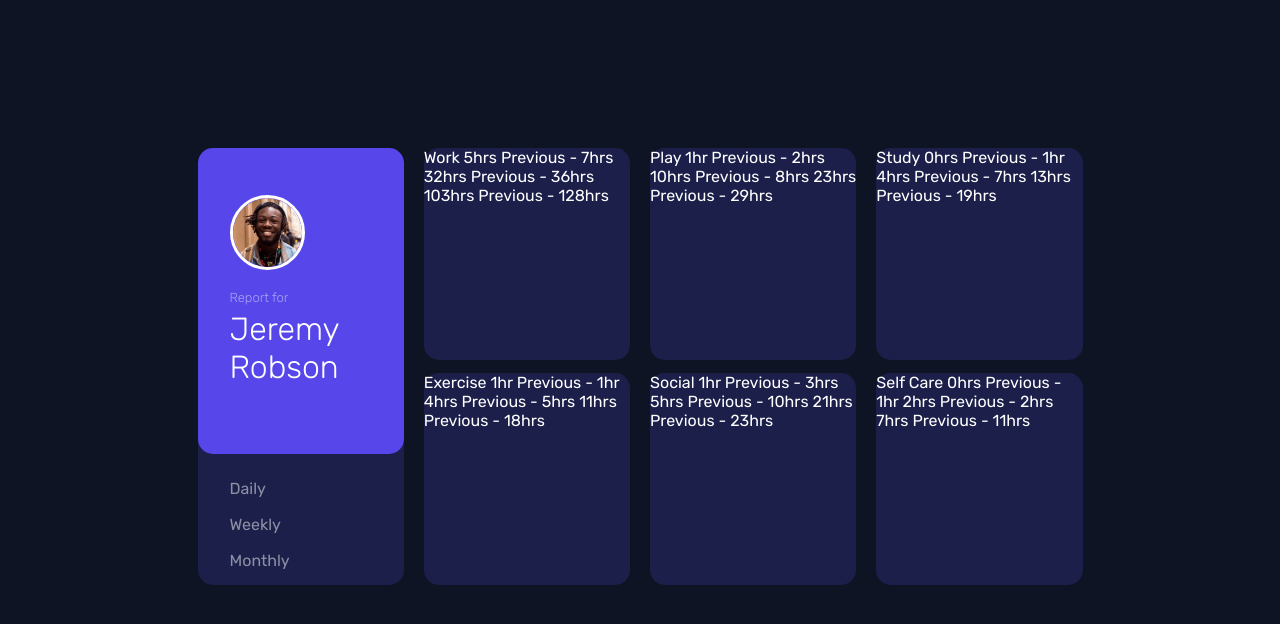
Repository: 3mr-5aled/time-tracking-dashboard-Junior
Page: index.html
The author's editor kept a copy of each file at every save. The page is drawn from the files as they stood at one save, then again after the next save.
The browser window is 1280 px wide. The pictures show the whole page.

Above is the page before, as saved 2022-12-27 20:22:32.

### index.html
<!DOCTYPE html>
<html lang="en">
  <head>
    <meta charset="UTF-8" />
    <meta name="viewport" content="width=device-width, initial-scale=1.0" />
    <!-- displays site properly based on user's device -->

    <link
      rel="icon"
      type="image/png"
      sizes="32x32"
      href="./images/favicon-32x32.png"
    />
    <link rel="stylesheet" href="style.css" />

    <title>Frontend Mentor | Time tracking dashboard</title>

    <!-- Feel free to remove these styles or customise in your own stylesheet 👍 -->
    <style>
      .attribution {
        display: none;
        font-size: 11px;
        text-align: center;
      }
      .attribution a {
        color: hsl(228, 45%, 44%);
      }
    </style>
  </head>
  <body>
    <div class="main">
      <div class="user">
        <div class="userData">
          <img src="images/image-jeremy.png" alt="userFace" />
          <div class="userInfo">
            <p>Report for</p>
            <span>Jeremy Robson</span>
          </div>
        </div>
        <div class="filter">
          <button>Daily</button>
          <button>Weekly</button>
          <button>Monthly</button>
        </div>
      </div>
      <div class="work">
        Work 5hrs
        <!-- daily -->
        Previous - 7hrs
        <!-- daily -->
        32hrs
        <!-- weekly -->
        Previous - 36hrs
        <!-- weekly -->
        103hrs
        <!-- monthly -->
        Previous - 128hrs
        <!-- monthly -->
      </div>
      <div class="play">
        Play 1hr
        <!-- daily -->
        Previous - 2hrs
        <!-- daily -->
        10hrs
        <!-- weekly -->
        Previous - 8hrs
        <!-- weekly -->
        23hrs
        <!-- monthly -->
        Previous - 29hrs
        <!-- monthly -->
      </div>
      <div class="study">
        Study 0hrs
        <!-- daily -->
        Previous - 1hr
        <!-- daily -->
        4hrs
        <!-- weekly -->
        Previous - 7hrs
        <!-- weekly -->
        13hrs
        <!-- monthly -->
        Previous - 19hrs
        <!-- monthly -->
      </div>

      <div class="exercise">
        Exercise 1hr
        <!-- daily -->
        Previous - 1hr
        <!-- daily -->
        4hrs
        <!-- weekly -->
        Previous - 5hrs
        <!-- weekly -->
        11hrs
        <!-- monthly -->
        Previous - 18hrs
        <!-- monthly -->
      </div>

      <div class="social">
        Social 1hr
        <!-- daily -->
        Previous - 3hrs
        <!-- daily -->
        5hrs
        <!-- weekly -->
        Previous - 10hrs
        <!-- weekly -->
        21hrs
        <!-- monthly -->
        Previous - 23hrs
        <!-- monthly -->
      </div>
      <div class="selfCare">
        Self Care 0hrs
        <!-- daily -->
        Previous - 1hr
        <!-- daily -->
        2hrs
        <!-- weekly -->
        Previous - 2hrs
        <!-- weekly -->
        7hrs
        <!-- monthly -->
        Previous - 11hrs
        <!-- monthly -->
      </div>
    </div>
    <div class="attribution">
      Challenge by
      <a href="https://www.frontendmentor.io?ref=challenge" target="_blank"
        >Frontend Mentor</a
      >. Coded by <a href="#">3mr 5aled</a>.
    </div>
  </body>
</html>

### style.css
@import url("https://fonts.googleapis.com/css2?family=Rubik:wght@200;300;400;500&display=swap");

* {
  box-sizing: border-box;
  padding: 0;
  margin: 0;
  font-family: "Rubik", sans-serif;
}

:root {
  /* Primary colors */
  --blue: hsl(246, 80%, 60%);
  --light-red: hsl(15, 100%, 70%); /*(work)*/
  --soft-blue: hsl(195, 74%, 62%); /*(play)*/
  --light-red: hsl(348, 100%, 68%); /*(study)*/
  --lime-green: hsl(145, 58%, 55%); /*(exercise)*/
  --violet: hsl(264, 64%, 52%); /*(social)*/
  --soft-orange: hsl(43, 84%, 65%); /*(self care)*/

  /* Neutral colors */
  --very-dark-blue: hsl(226, 43%, 10%);
  --dark-blue: hsl(235, 46%, 20%);
  --light-purple: #5746ea;
  --desaturated-blue: hsl(235, 45%, 61%);
  --pale-blue: hsl(236, 100%, 87%);

  /* card font size */
  --fs-card: 18px;

  /* media quires */
  --mobile-view: 375px;
  --desktop-view: 1440px;
}

body {
  padding: 10px;
  background-color: var(--very-dark-blue);
  color: white;
  display: flex;
  /* align-items: center; */
  justify-content: center;
}

.main {
  display: grid;
  grid-template-columns: 1fr;
  grid-template-rows: repeat(7, 1fr);
  /* grid-row-gap: 10px; */
  grid-column-gap: 20px;
  grid-template-areas:
    "user"
    "work"
    "play"
    "study"
    "exercise"
    "social"
    "selfCare";
}
.user,
.work,
.play,
.study,
.exercise,
.social,
.selfCare {
  background: var(--dark-blue);
  border-radius: 15px;
  /* padding: 1rem; */
  margin-top: 0.8rem;
  /* margin-right: 0.8rem; */
  /* margin-left: 1rem; */
}
/* start user section */
.user {
  grid-area: user;
}
.userData {
  display: flex;
  flex-direction: row;
  align-items: center;
  justify-content: center;
  background: var(--light-purple);
  border-radius: 15px;
  padding: 15px;
}
img {
  border: 3px solid white;
  border-radius: 50%;
  height: 60px;
  width: 60px;
}
.userInfo {
  margin: 20px 0;
  margin-left: 15px;
}
.userInfo p {
  font-weight: 300;
  color: rgba(255, 255, 255, 0.5);
  padding-bottom: 5px;
  font-size: small;
}
.userInfo span {
  font-weight: 200;
  font-size: x-large;
}

.filter {
  display: flex;
  flex-direction: row;
  align-items: center;
  justify-content: space-evenly;
  margin: 1rem 0;
}

.filter button {
  background: transparent;
  border: none;
  font-size: medium;
  color: rgba(255, 255, 255, 0.5);
}
.filter button:hover {
  color: white;
}
/* end user section */

.work {
  grid-area: work;
}
.play {
  grid-area: play;
}
.study {
  grid-area: study;
}
.exercise {
  grid-area: exercise;
}
.social {
  grid-area: social;
}
.selfCare {
  grid-area: selfCare;
}

@media screen and (min-width: 375px) {
  body {
    align-items: center;
    height: 100vh;
    padding: 50px;
  }
  .main {
    grid-template-columns: repeat(4, 1fr);
    grid-template-rows: repeat(2, 1fr);
    grid-template-areas:
      "user work play study"
      "user exercise social selfCare";
    height: calc(100vh / 1.6);
    width: 75%;
  }

  img {
    width: 75px;
    height: 75px;
  }
  .userData {
    flex-direction: column;
    align-items: flex-start;
    justify-content: center;
    height: 70%;
    padding-left: 2rem;
  }
  .userInfo {
    margin-left: 0px;
  }
  .userInfo span {
    word-wrap: break-word;
    /* white-space: warp; */
    font-size: 2em;
  }
  .filter {
    margin-left: 2rem;
    height: 25%;
    /* gap: 5px; */
    align-items: flex-start;
    justify-content: space-around;
    flex-direction: column;
  }
}

After the next save:
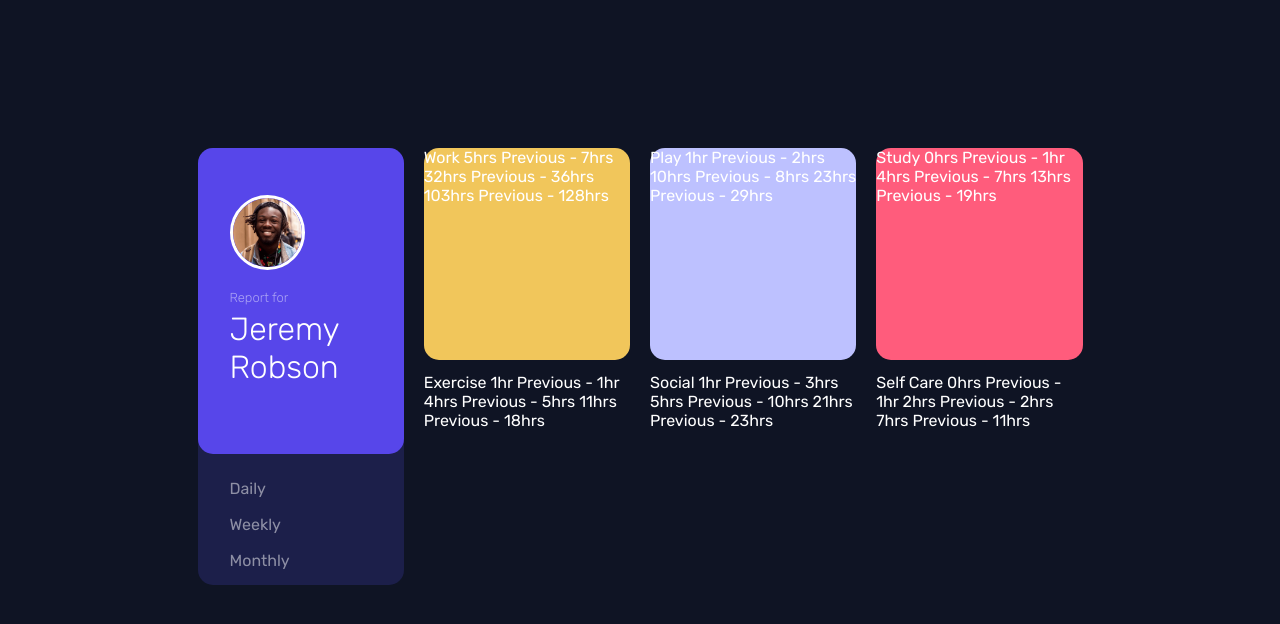
Saved 87 s later.
--- a/style.css
+++ b/style.css
@@ -63,7 +63,6 @@ body {
 .exercise,
 .social,
 .selfCare {
-  background: var(--dark-blue);
   border-radius: 15px;
   /* padding: 1rem; */
   margin-top: 0.8rem;
@@ -73,6 +72,7 @@ body {
 /* start user section */
 .user {
   grid-area: user;
+  background: var(--dark-blue);
 }
 .userData {
   display: flex;
@@ -125,12 +125,15 @@ img {
 
 .work {
   grid-area: work;
+  background-color: var(--soft-orange);
 }
 .play {
   grid-area: play;
+  background-color: var(--pale-blue);
 }
 .study {
   grid-area: study;
+  background-color: var(--light-red);
 }
 .exercise {
   grid-area: exercise;
